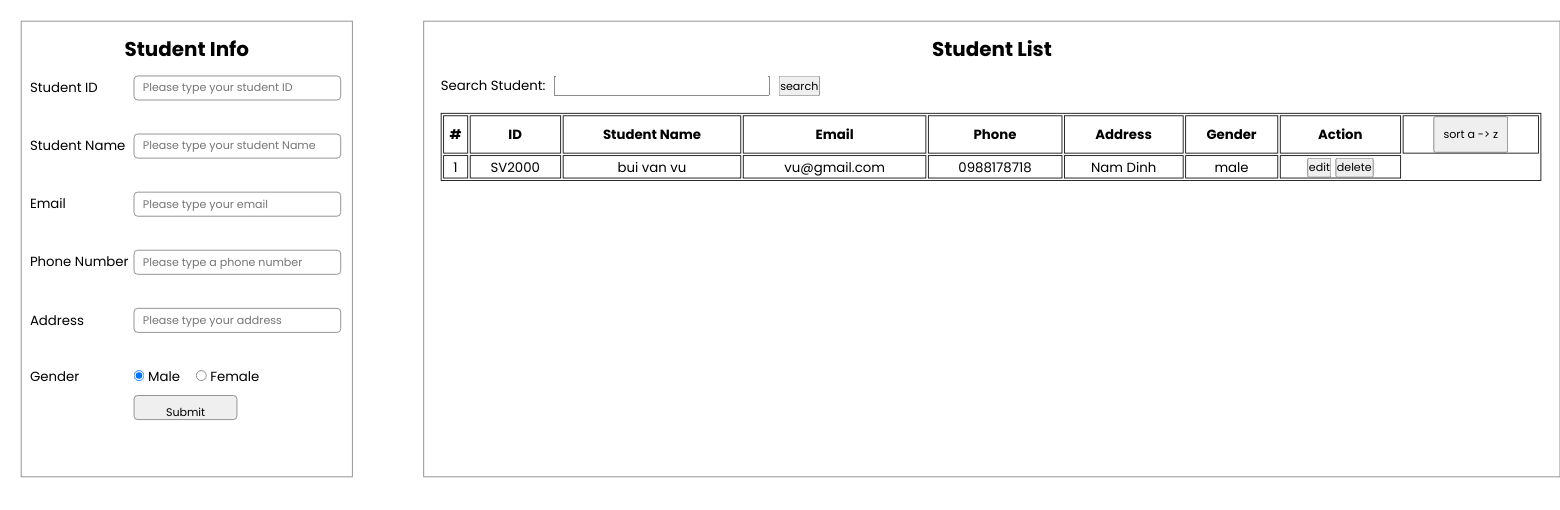
Repository: sSoRaK/ex-session15-dom-event
Page: ex-dom-event/student-management.html
These files come from the project's save history. The page is drawn as it stood at one moment and after the next save; the edit follows.
The browser window is 1280 px wide. The page is 1880 px wide, so the pictures cover 1880 px, including what lies to the right of the window. The pictures show the whole page, at 83% of full size.

Above is the page before, as saved 2023-06-24 20:27:54.

After the next save:
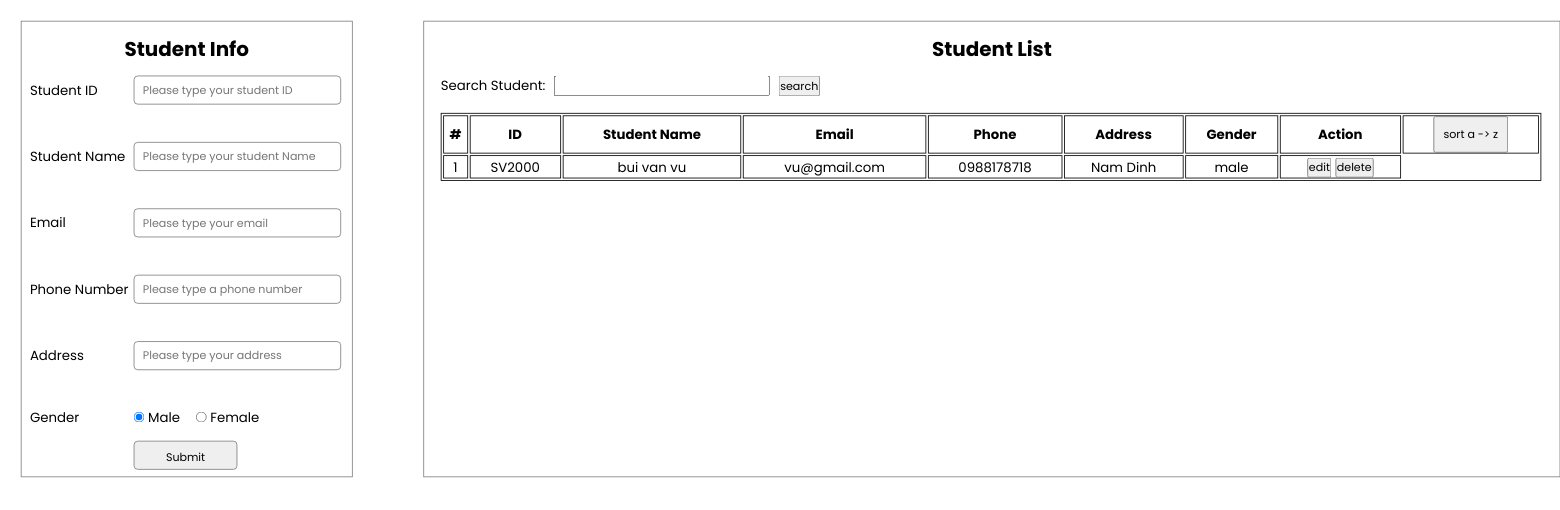
Saved 3 min 38 s later.
--- a/ex-dom-event/style/style.css
+++ b/ex-dom-event/style/style.css
@@ -25,7 +25,7 @@ body {
   margin: 0 10px;
   display: grid;
   grid-template-columns: repeat(3, 125px);
-  grid-template-rows: repeat(13, 30px);
+  grid-template-rows: repeat(13, 35px);
   row-gap: 5px;
 }
 .error{
@@ -38,7 +38,7 @@ body {
 #label-id {
   grid-column: 1/2;
   grid-row: 1/2;
-  line-height: 30px;
+  line-height: 35px;
 }
 #student-id {
   grid-column: 2/4;
@@ -52,7 +52,7 @@ body {
 #label-name {
   grid-column: 1/2;
   grid-row: 3/4;
-  line-height: 30px;
+  line-height: 35px;
 }
 #student-name {
   grid-column: 2/4;
@@ -66,7 +66,7 @@ body {
 #label-email {
   grid-column: 1/2;
   grid-row: 5/6;
-  line-height: 30px;
+  line-height: 35px;
 }
 #student-email {
   grid-column: 2/4;
@@ -80,7 +80,7 @@ body {
 #label-phone_number {
   grid-column: 1/2;
   grid-row: 7/8;
-  line-height: 30px;
+  line-height: 35px;
 }
 input::-webkit-outer-spin-button,
 input::-webkit-inner-spin-button {
@@ -99,7 +99,7 @@ input::-webkit-inner-spin-button {
 #label-address {
   grid-column: 1/2;
   grid-row: 9/10;
-  line-height: 30px;
+  line-height: 35px;
 }
 #student-address {
   grid-column: 2/4;
